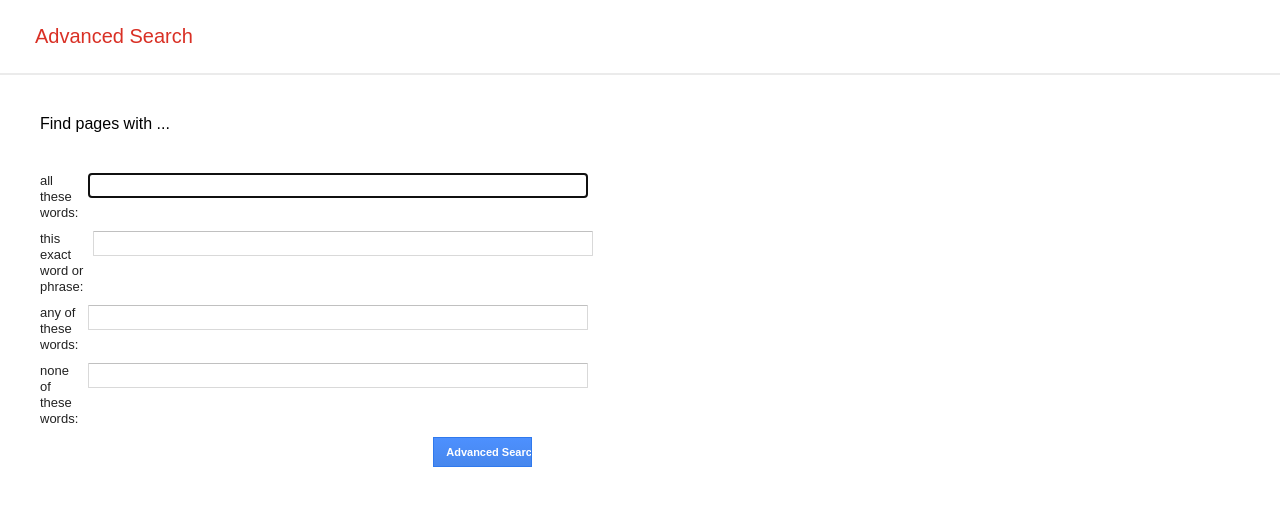
Repository: etentuk/search
Page: advanced_search.html
These files come from the project's save history. The page is drawn as it stood at one moment and after the next save; the edit follows.
The browser window is 1280 px wide. The pictures show the whole page.
The first visible `.form-input input` has the focus.

Above is the page before, as saved 2021-11-05 17:01:32.

### advanced_search.html
<!DOCTYPE html>
<html lang="en">

<head>
    <link rel="icon" href="./google_search_new_logo_icon_159150.ico">
    <title>Advanced Search</title>
    <link rel="stylesheet" href="styles.css">
    <style>
        .form-content {
            display: flex;
        }

        .form-content .form-label {
            flex: 1;
            font-size: 13px;
            line-height: 16px;
            color: rgba(0, 0, 0, 0.87);
            text-decoration: none;
        }

        .form-input input {
            border-radius: 1px;
            border: 1px solid #d9d9d9;
            border-top: 1px solid #c0c0c0;
            font-size: 13px;
            height: 25px;
            padding: 1px 8px;
            text-align: left;
        }

        .form-input input:focus {

        }

        #form-content-container {
            display: flex;
            flex-direction: column;
            padding-right: 60%;
        }

        #find-pages {
            margin-left: 40px;
            margin-top: 40px;
        }
    </style>
</head>

<body>
    <div id="title">
        Advanced Search
    </div>
    <hr class="solid" style="border:1px solid #ebebeb;">
    <div id="find-pages">
        Find pages with ...
    </div>
    <div>
        <form action="https://google.com/search" id="form">
            <div id="form-content-container">
                <div class="form-content">
                    <div class="form-label">
                        <label for="as_q">all these words: </label>
                    </div>
                    <div class="form-input">
                        <input type="text" id="as_q" name="as_q">
                    </div>
                </div>
                <div class="form-content">
                    <div class="form-label">
                        <label for="as_epq">this exact word or phrase: </label>
                    </div>
                    <div class="form-input">
                        <input type="text" id="as_epq" name="as_epq">
                    </div>
                </div>
                <div class="form-content">
                    <div class="form-label">
                        <label for="as_oq">any of these words: </label>
                    </div>
                    <div class="form-input">
                        <input type="text" id="as_oq" name="as_oq">
                    </div>
                </div>
                <div class="form-content">
                    <div class="form-label">
                        <label for="as_eq">none of these words: </label>
                    </div>
                    <div class="form-input">
                        <input type="text" id="as_eq" name="as_eq">
                    </div>
                </div>
                <div id="submit">
                    <input type="submit" value="Advanced Search">
                </div>
        </form>
    </div>
</body>

</html>

### styles.css
* {
  margin: 0;
  padding: 0;
  box-sizing: border-box;
  font-family: Arial, sans-serif;
}

#title {
  color: #d93025;
  font-size: 20px;
  margin: 25px 35px;
}

#form {
  width: 96%;
  margin: 40px;
}

.form-content {
  display: flex;
  flex-direction: row;
}

.form-content label {
  position: flex-start;
  padding-right: 10px;
  float: left;
}

.form-content input {
  position: flex-end;
  float: right;
  width: 500px;
}

label,
input {
  /* float: right; */
  display: table-cell;
  margin-bottom: 10px;
}

#submit {
  text-align: right;
  width: 100%;
}

#submit input {
  border: 1px solid #3079ed;
  box-shadow: none;
  font-size: 11px;
  font-weight: bold;
  color: #fff;
  padding: 8px 12px;
  width: 20%;
  background-color: #4d90fe;
  background-image: -webkit-linear-gradient(top, #4d90fe, #4787ed);
}

After the next save:
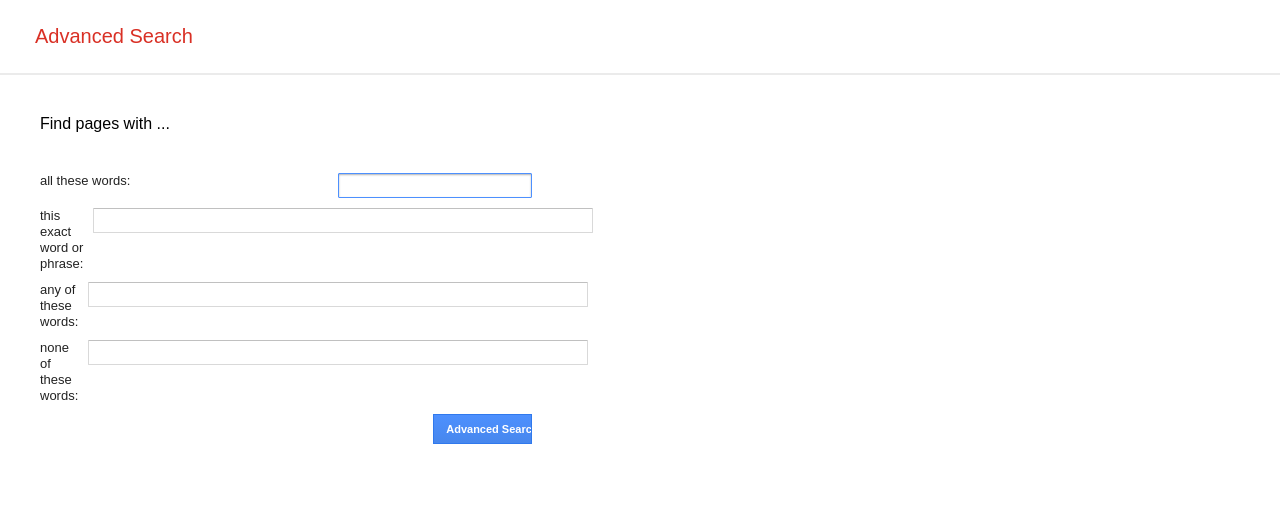
Saved 41 s later.
--- a/advanced_search.html
+++ b/advanced_search.html
@@ -29,7 +29,15 @@
         }
 
         .form-input input:focus {
-
+            border-radius: 1px;
+            font-size: 13px;
+            height: 25px;
+            padding: 1px 8px;
+            box-shadow: inset 0 1px 2px rgba(0, 0, 0, 0.3);
+            border: 1px solid #4d90fe;
+            outline: none;
+            width: 100%;
+            text-align: left;
         }
 
         #form-content-container {
